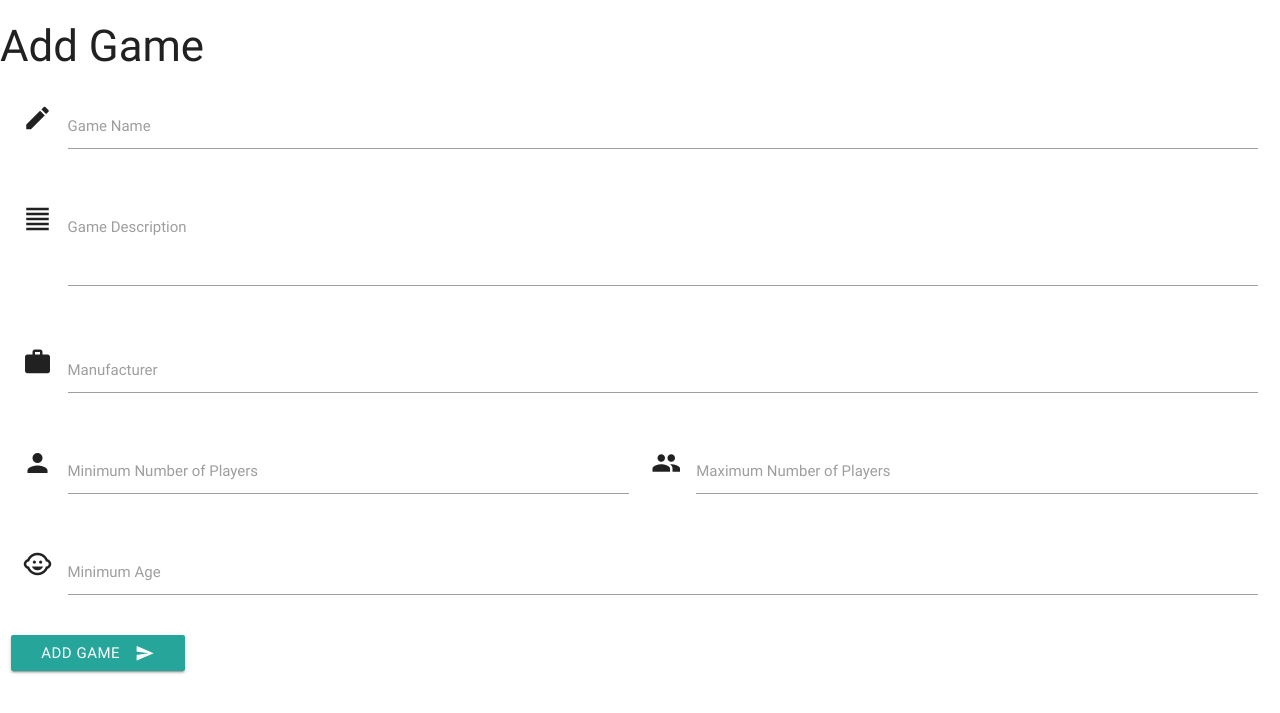
Repository: arcorco/dcd-milestone
Page: http://localhost/add_game
The author's editor kept a record of every edit. The page is drawn from the files as they stood at one moment, then again after the next edit.
The browser window is 1280 px wide. The pictures show the whole page.
Some web libraries are served in a nearby version. The page is served by the project's application, run on Flask 3 (app.py).

Above is the page before.

### templates/addgame.html
{% extends 'base.html'%} {% block content %}

<h3>Add Game</h3>
<div class="row">
  <form action="{{url_for('insert_game')}}" method="POST" class="col s12">
    <div class="row">
      <div class="input-field col s12">
        <i class="material-icons prefix">create</i>
        <input id="game_name" name="game_name" type="text" class="validate">
        <label for="game_name">Game Name</label>
      </div>
    </div>
    <div class="row">
      <div class="input-field col s12">
        <i class="material-icons prefix">format_align_justify</i>
        <textarea id="game_description" class="materialize-textarea"></textarea>
        <label for="game_description">Game Description</label>
      </div>
    </div>
    <div class="row">
      <div class="input-field col s12">
        <i class="material-icons prefix">work</i>
        <input id="manufacturer" name="manufacturer" type="text" class="validate">
        <label for="manufacturer">Manufacturer</label>
      </div>
    </div>
    <div class="row">
      <div class="input-field col s6">
        <i class="material-icons prefix">person</i>
        <input name="number_of_players_min" id="number_of_players_min" type="text" class="validate">
        <label for="number_of_players_min">Minimum Number of Players</label>
      </div>

      <div class="input-field col s6">
        <i class="material-icons prefix">group</i>
        <input id="number_of_players_max" name="number_of_players_max" type="text" class="validate">
        <label for="number_of_players_max">Maximum Number of Players</label>
      </div>
    </div>
    <div class="row">
      <div class="input-field col s12">
        <i class="material-icons prefix">child_care</i>
        <input id="age_range" name="age_range" type="text" class="validate">
        <label for="age_range">Minimum Age</label>
      </div>
    </div>
    <div class="row">
      <button class="btn waves-effect waves-light" type="submit">Add Game
    <i class="material-icons right">send</i>
  </button>
    </div>

  </form>
</div>

{% endblock %}

### templates/base.html
<!DOCTYPE html>
<html>

<head>
    <link href="https://fonts.googleapis.com/icon?family=Material+Icons" rel="stylesheet">
    <link rel="stylesheet" href="https://cdnjs.cloudflare.com/ajax/libs/materialize/0.100.2/css/materialize.min.css">
    <link rel="stylesheet" type="text/css" href="//cdn.jsdelivr.net/npm/slick-carousel@1.8.1/slick/slick.css" />
    <link rel="stylesheet" href="{{url_for('static', filename='css/style.css')}}" type="text/css"/>
</head>

<body>
    {% block content %} {% endblock %}

    <script src="https://cdnjs.cloudflare.com/ajax/libs/jquery/3.2.1/jquery.min.js"></script>
    <script src="https://cdnjs.cloudflare.com/ajax/libs/materialize/0.100.2/js/materialize.min.js"></script>
    <script type="text/javascript" src="//cdn.jsdelivr.net/npm/slick-carousel@1.8.1/slick/slick.min.js"></script>
    <script type="text/javascript">
        $(document).ready(function() {
            $('.game-carousel').slick({
            });

            $('input#game_description').characterCounter();
        });

    </script>
</body>

</html>

### app.py
import os
from flask import Flask, render_template, redirect, request, url_for
from flask_pymongo import PyMongo
from bson.objectid import ObjectId

app = Flask(__name__)

app.config["MONGO_DNAME"] = 'game_review'
app.config["MONGO_URI"] = 'mongodb+srv://first_user:WG9zKqgDwfDTHNa@myfirstcluster-74ub4.mongodb.net/game_review?retryWrites=true&w=majority'
#environment variable for username and password

mongo = PyMongo(app)

@app.route('/')
@app.route('/get_games')
def get_games():
    return render_template('games.html', games=mongo.db.games.find())

@app.route('/add_game')
def add_game():
    return render_template('addgame.html')

@app.route('/insert_game', methods=['POST'])
def insert_game():
    games = mongo.db.games
    new_game = request.form.to_dict()
    min_players = new_game.get("number_of_players_min")
    max_players = new_game.get("number_of_players_max")
    min_age = new_game.get("age_range")
    age = "%s+" % min_age
    players = "%s-%s" % (min_players, max_players)
    new_game.update( {'number_of_players' : players} )
    new_game.update( {'age_range' : age} )
    new_game.pop('number_of_players_min')
    new_game.pop('number_of_players_max')

    games.insert_one(new_game)
    return redirect(url_for('get_games'))

if __name__ == "__main__":
    app.run(host=os.environ.get('IP'),
            port=int(os.environ.get('PORT')),
            debug=True)

Loaded but not shown: static/css/style.css (common file)

After the next edit:
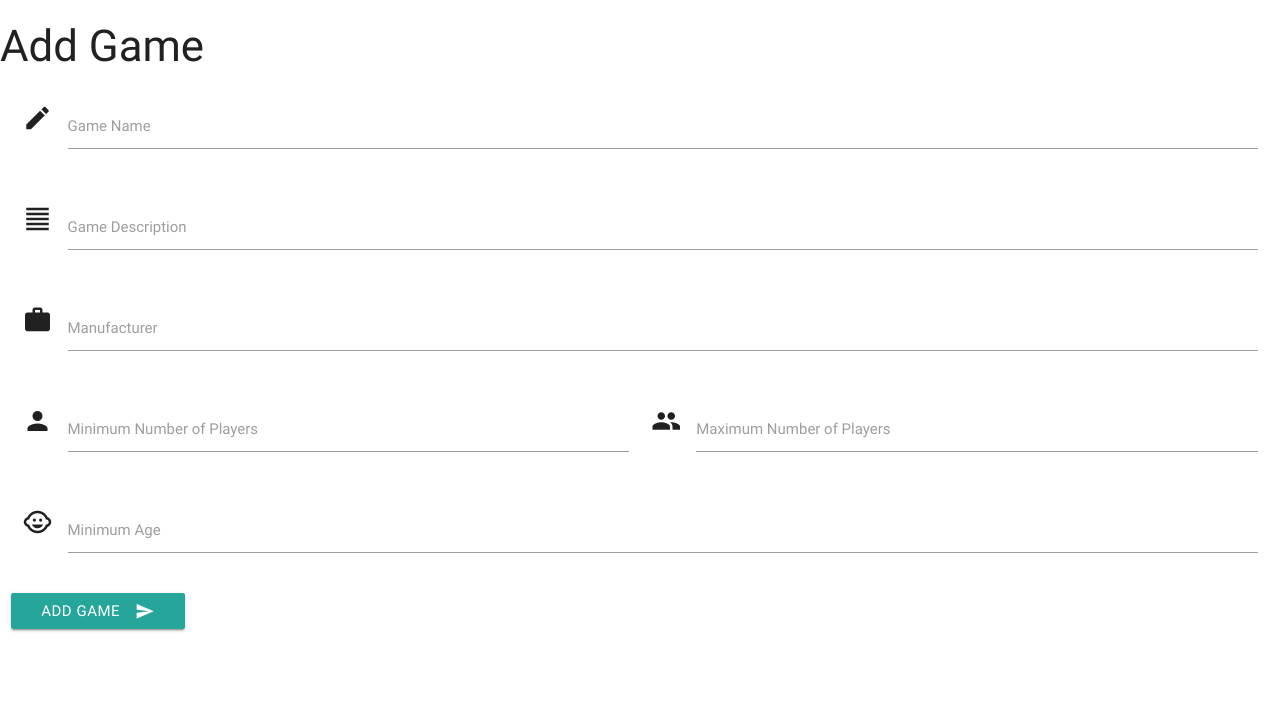
The edit:
--- a/templates/addgame.html
+++ b/templates/addgame.html
@@ -13,7 +13,7 @@
     <div class="row">
       <div class="input-field col s12">
         <i class="material-icons prefix">format_align_justify</i>
-        <textarea id="game_description" class="materialize-textarea"></textarea>
+        <input id="game_description" name="game_description" type="text" class="validate" data-length="120"/>
         <label for="game_description">Game Description</label>
       </div>
     </div>
